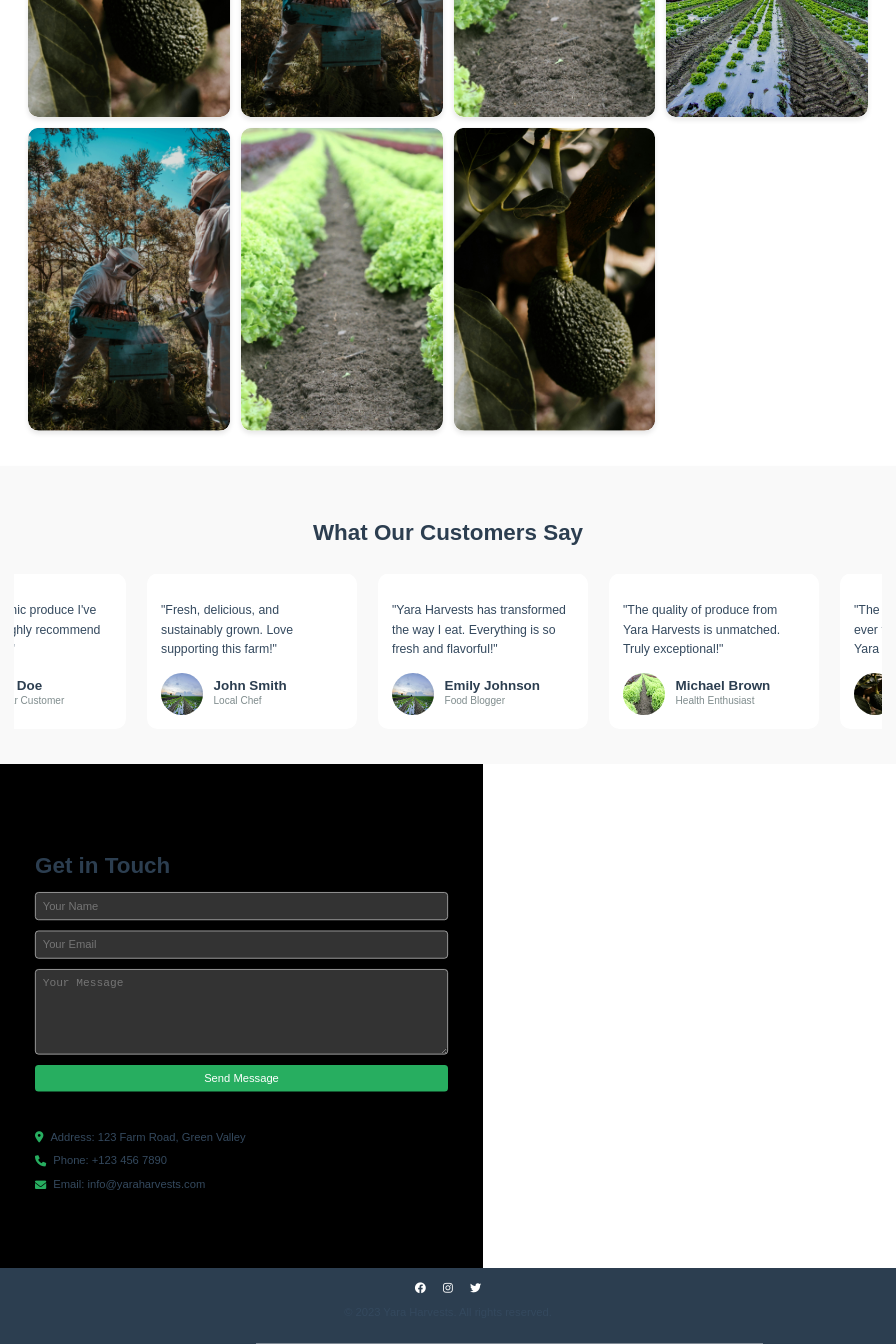
Repository: Kanyi-Manyara/yara-farm
Page: index.html
An editor plug-in stored every save of this project. The page is shown before and after a run of saves, followed by the edit.
The browser window is 1280 px wide. The pictures show the part of the page from y = 1758 to 3678 px (the page is 3678 px tall), at 70% of full size.

Above is the page before, as saved 2025-02-22 00:01:46.
Console error: TypeError: Cannot read properties of null (reading 'addEventListener')

After the next 3 saves:
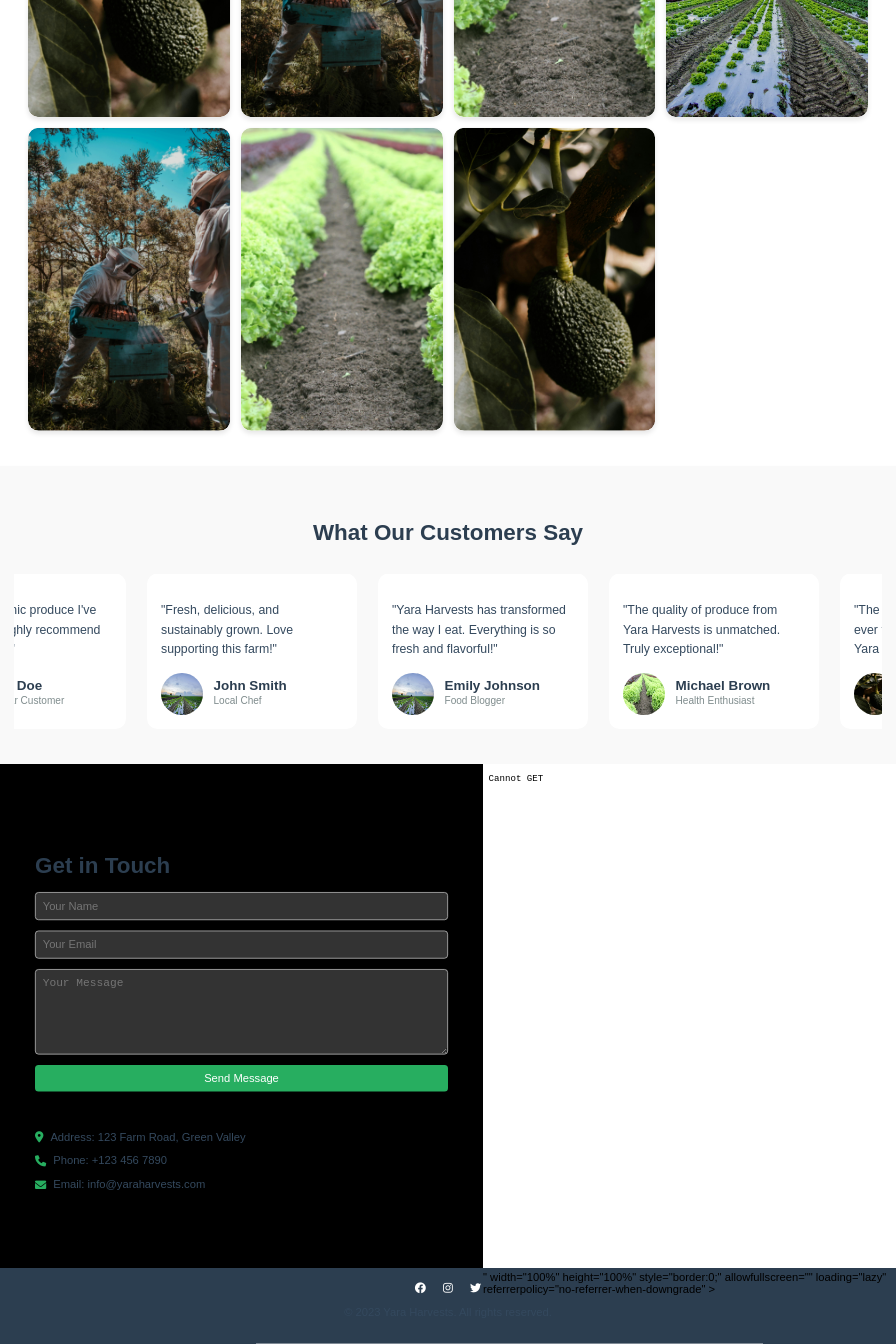
Not found: <iframe src=
The 3 saves are shown as one change because they came seconds apart.
The last was saved 9 s later.
--- a/index.html
+++ b/index.html
@@ -234,7 +234,7 @@
       <!-- Right Side: Google Map -->
       <div class="contact-right">
         <iframe
-
+        src="<iframe src="https://www.google.com/maps/embed?pb=!1m28!1m12!1m3!1d1541.3788435289941!2d36.61694058944258!3d-0.9410680635834525!2m3!1f0!2f0!3f0!3m2!1i1024!2i768!4f13.1!4m13!3e0!4m5!1s0x1828d57aae2ed515%3A0xd8d6b2ff42fed5b7!2sGichiengo!3m2!1d-0.9494457!2d36.619535899999995!4m5!1s0x18292a9071eb99c1%3A0x6c24affdd5e3d176!2sKijabe!3m2!1d-0.9539662!2d36.5931948!5e1!3m2!1sen!2ske!4v1740171560128!5m2!1sen!2ske" width="600" height="450" style="border:0;" allowfullscreen="" loading="lazy" referrerpolicy="no-referrer-when-downgrade"></iframe>"
           width="100%"
           height="100%"
           style="border:0;"
